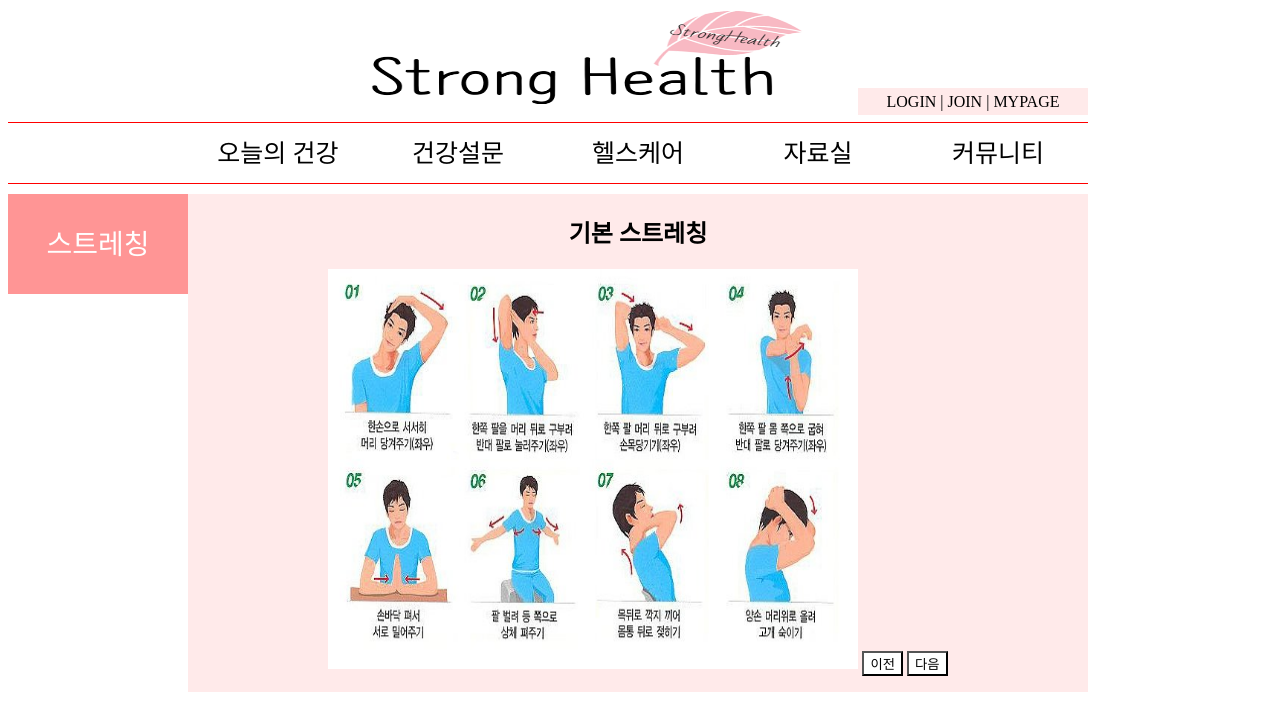
Repository: seeunOh/Webproject2018_StrongHealth
Page: http://localhost/StrongHealth/Healthcare_Stretching.jsp
These files come from the project's save history. The page is drawn as it stood at one moment and after the next save; the edit follows.
The browser window is 1280 px wide. The pictures show the whole page.
The page is served by Tomcat 9. Other server files are loaded and not shown.

Above is the page before, as saved 2018-12-16 07:48:01.

### StrongHealth/WebContent/Healthcare_Stretching.jsp
<%@ page language="java" contentType="text/html; charset=EUC-KR"
    pageEncoding="EUC-KR"%>
<!DOCTYPE html>
<html>
<head>
<meta charset="EUC-KR">
<title>Insert title here</title>


<style>

body{
width:1080px;
text-align:center;
}

#aside{
height:100px;
width:180px;
font-size:28px;
background: #FF9595;
float:left;
color:white;
}
#stretcontent{
width:900px;
background: #FFEAEA;
float:right;
heigth:;
}
#stretcontent table{
margin:0px 0px 0px 150px;
}
button{
background:white;
}

</style>

<script>

var image=['tmxmfpcld','tmxmfpcldahr','tmxmfpclddjRo','tmxmfpcldwhddkfl','tmxmfpcldwkrlwjs'];
var content=['기본 스트레칭','목 스트레칭','어깨 스트레칭','종아리 스트레칭','자기전 스트레칭']
var b=0;

function back(){
	switch(b){
	case 1:
		document.getElementById("content").innerHTML = content[0];
		document.getElementById("image").src = "img/"+image[0]+".png";
		b--;
		break;
	case 2:
		document.getElementById("content").innerHTML = content[1];
		document.getElementById("image").src = "img/"+image[1]+".png";
		b--;
		break;
	case 3:
		document.getElementById("content").innerHTML = content[2];
		document.getElementById("image").src = "img/"+image[2]+".png";
		b--;
		break;
	case 4:
		document.getElementById("content").innerHTML = content[3];
		document.getElementById("image").src = "img/"+image[3]+".png";
		break;
	case 5:
		document.getElementById("content").innerHTML = content[4];
		document.getElementById("image").src = "img/"+image[4]+".png";
		b--;
		break;
	}

}

function next(){
	switch(b){
	case 0:
		document.getElementById("content").innerHTML = content[1];
		document.getElementById("image").src = "img/"+image[1]+".png";
		b++;
		break;
	case 1:
		document.getElementById("content").innerHTML = content[2];
		document.getElementById("image").src = "img/"+image[2]+".png";
		b++;
		break;
	case 2:
		document.getElementById("content").innerHTML = content[3];
		document.getElementById("image").src = "img/"+image[3]+".png";
		b++;
		break;
	case 3:
		document.getElementById("content").innerHTML = content[4];
		document.getElementById("image").src = "img/"+image[4]+".png";
		break;
	case 4:
		document.getElementById("content").innerHTML = content[5];
		document.getElementById("image").src = "img/"+image[5]+".png";
		b++;
		break;
	}
}

</script>

</head>

<body>
<jsp:include page="Header.jsp"/>

<div id=aside>
<p>스트레칭</p>
</div>


<%
String image[] = {"tmxmfpcld","tmxmfpcldahr","tmxmfpclddjRo","tmxmfpcldwhddkfl","tmxmfpcldwkrlwjs"};
String content[] = {"기본 스트레칭","목 스트레칭","어깨 스트레칭","종아리 스트레칭","자기전 스트레칭"};
%>
<%int cnt=0; %>
<div id=stretcontent>
<%
out.print("<h2 id=content>"+content[cnt]+ "</h2><img src= img/"+image[cnt] + ".png width=530 height=400 id=image />");
%>

<button type=button onClick = "back()">이전</button>
<button type=button onClick = "next()">다음</button>
<p></p>
</div>
</body>
</html>

### StrongHealth/WebContent/Header.jsp
<%@ page language="java" contentType="text/html; charset=EUC-KR"
    pageEncoding="EUC-KR"%>
<!DOCTYPE html>
<html>
<head>
<meta charset="EUC-KR">
<title>Insert title here</title>
<style>


body{
width:1080px;
}

#header{
width:1080px;
height:28px;
background:#FFEAEA;
}

#Loheader{
width:230px;
float:right;
heigth:28px;
background: #FFEAEA;
margin:80px 0px 0px 0px;
}

#log{
float:right;
width:230px;
line-height: 1.7em;
}

#log a {
font-size:16px;
color: black;
text-decoration:none;
}

#log a:hover {
text-decoration:underline;
}


#mainlogo{
width:1080px;
background:;
}
#mainlogo img{
margin:0px 0px 0px 300px;
}
#nav{
width:1080px;
height:180px;
}
#logo{
float:left;
width:1080px;
background:#FFEAEA;

}
#search{
width:750px;
height:100px;
float:right;
background:red;
}
#TM{
width:1080px;
height:60px;
border-top:1px solid red; border-bottom:1px solid red;
font-size:25px;
text-align:center;
margin:10px 0px 10px 0px;
line-height: 1.6em;
}

#TM ul {
   list-style: none;
   padding:0px 0;
   margin: 0px;

}
#TM ul li {
   float : left;
   line-height : 2.5em;
   position : relative;
   width:150px;
   padding: 0px 15px 0px 15px;
}

.menuLink {
   text-decoration:none;
   display: block;
   width: 150px;
   color:black;
}
.submenu {
   position: absolute;
   display:none;
   overflow:hidden;
   background-color:black;
	opacity:0.7;
	font-size:15px;
}
.topmenu:hover .submenu{
   display:block;
}

.submenu a {
   text-decoration : none;
   color : white;
}

</style>


</head>
<body>




<div id=mainlogo>
<a href="Container.jsp"><img src="img/logoLast.PNG" width=450 height=100/></a>
<div id=Loheader>
<%
	if(session.getAttribute("id") == null){
		out.println("<div id=log><a href='Container.jsp?selected_page=login'>LOGIN</a><span> | </span><a href='Container.jsp?selected_page=join'>JOIN</a><span> | </span><a href='Container.jsp?selected_page=mypage'>MYPAGE</a></div>"); // MYPAGE는 삭제가 필요함.
	}
	else{
		out.println("<div id=log><a href='Container.jsp?selected_page=management'>" + session.getAttribute("name") + " 님" + "</a><span> | </span><a href='Logout.jsp'>LOGOUT</a><span> | </span><a href='Container.jsp?selected_page=mypage'>MYPAGE</a></div>");
	}
%>
</div>
</div>



<div id = TM>
<ul>
<li>&nbsp</li>
 <li class="topmenu"><a class="menuLink" href="Container.jsp?selected_page=today">오늘의 건강</a>
 	<!-- <ul class="submenu">
     <li class="submenuLink"><a href="#">식습관 생활</a></li>
     <li class="submenuLink"><a href="#">생활 습관</a></li>
     <li class="submenuLink"><a href="#">추천 음악</a></li>
   </ul> -->
 </li>
 <li class="topmenu"><a class="menuLink" href="Container.jsp?selected_page=survey">건강설문</a>
   <!-- <ul class="submenu">
     <li class="submenuLink"><a href="#">알코올 자가진단</a></li>
     <li class="submenuLink"><a href="#">흡연 자가진단</a></li>
     <li class="submenuLink"><a href="#">스마트폰 자가진단</a></li>
   </ul> -->
 </li>
 <li class="topmenu"><a class="menuLink" href="Container.jsp?selected_page=healthcare_food">헬스케어</a>
   <ul class="submenu">
     <li class="submenuLink"><a href="Container.jsp?selected_page=healthcare_food">추천 건강푸드</a></li>
     <li class="submenuLink"><a href="Container.jsp?selected_page=healthcare_stretching">스트레칭</a></li>
     <li class="submenuLink"><a href="Container.jsp?selected_page=music">추천음악</a></li>
   </ul>
</li>
 <li class="topmenu"><a class="menuLink" href="Container.jsp?selected_page=healthcare_news">자료실</a>
 	<ul class="submenu">
     <li class="submenuLink"><a href="Container.jsp?selected_page=healthcare_news">건강신문</a></li>
   </ul>
 </li>
 <li class="topmenu"><a class="menuLink" href="Container.jsp?selected_page=notice">커뮤니티</a>
  <ul class="submenu">
   <li class="submenuLink"><a href="Container.jsp?selected_page=notice">공지사항</a></li>
   <li class="submenuLink"><a href="Container.jsp?selected_page=qna">Q&A</a></li>
  </ul>
</li>
</ul>
</div>




 <!--
<div id=nav>
<div id=logo><a href="Container.jsp"><img src="img/logo.PNG" width=250 height=170/></a>
</div>-->
<!-- <p style='line-height : 0.6em;'>&nbsp</p> -->
<!-- <div id=search></div> -->
<!-- <div id = search><p>연관검색어 | 하루식단   스트레칭   자료실   추천도서   알코올자가진단   맞춤영양식단</p>
<input type="text" size=80> <input type="button" value="검색"></div> -->


</body>
</html>

After the next save:
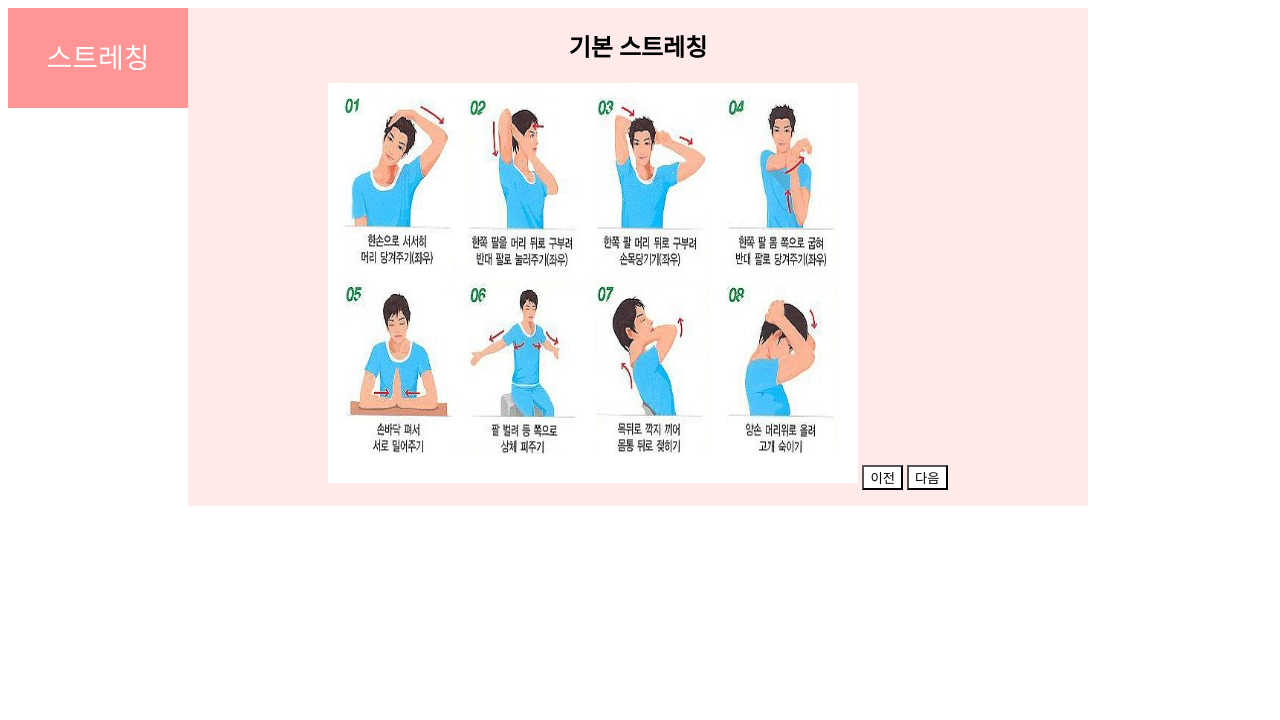
Saved 4 s later.
--- a/StrongHealth/WebContent/Healthcare_Stretching.jsp
+++ b/StrongHealth/WebContent/Healthcare_Stretching.jsp
@@ -107,7 +107,6 @@ function next(){
 </head>
 
 <body>
-<jsp:include page="Header.jsp"/>
 
 <div id=aside>
 <p>스트레칭</p>
